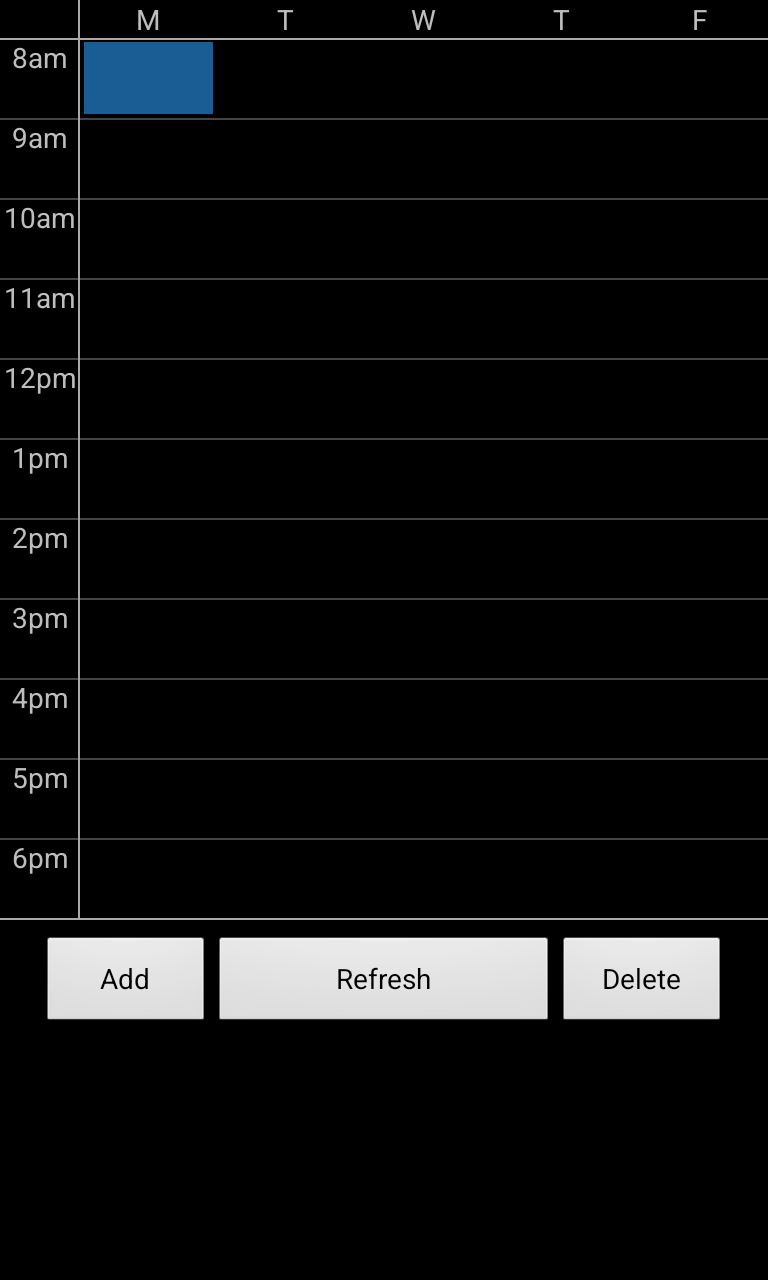
Repository: appsfactory/OfficeHours
Layout: OfficeHoursClient/res/layout/activity_schedule_view.xml
The author's editor kept a copy of each file at every save. The layout is drawn from the files as they stood at one save, then again after a run of saves.
It is drawn on a 768 x 1280 px phone screen (xhdpi) without system bars, with theme AppTheme; the app's code is not run.

Above is the layout before, as saved 2012-09-27 17:56:11.

### OfficeHoursClient/res/layout/activity_schedule_view.xml
<?xml version="1.0" encoding="utf-8"?>
<LinearLayout xmlns:android="http://schemas.android.com/apk/res/android"
    android:layout_width="fill_parent"
    android:layout_height="wrap_content"
    android:orientation="vertical" >


    <RelativeLayout
        android:id="@+id/relativeLayout1"
        android:layout_width="match_parent"
        android:layout_height="wrap_content" >

        <TextView android:background="#aaa" android:layout_width = "1dp" android:layout_height="wrap_content" android:layout_marginTop="0dp" android:layout_marginLeft="39dp" android:text=" "/>

		<!-- HEADERS -->
        <LinearLayout
            android:id="@+id/linearLayout1"
            android:layout_width="wrap_content"
            android:layout_height="wrap_content"
            android:layout_alignParentLeft="true"
            android:layout_alignParentRight="true"
            android:layout_alignParentTop="true" >

            <TextView
                android:id="@+id/mon_header"
                android:layout_width="0dp"
                android:layout_height="wrap_content"
                android:layout_marginLeft="40dp"
                android:layout_weight="2"
                android:gravity="center"
                android:text="M" />

            <TextView
                android:id="@+id/tue_header"
                android:layout_width="0dp"
                android:layout_height="wrap_content"
                android:layout_weight="2"
                android:gravity="center"
                android:text="T" />

            <TextView
                android:id="@+id/wed_header"
                android:layout_width="0dp"
                android:layout_height="wrap_content"
                android:layout_weight="2"
                android:gravity="center"
                android:text="W" />

            <TextView
                android:id="@+id/thu_header"
                android:layout_width="0dp"
                android:layout_height="wrap_content"
                android:layout_weight="2"
                android:gravity="center"
                android:text="T" />

            <TextView
                android:id="@+id/fri_header"
                android:layout_width="0dp"
                android:layout_height="wrap_content"
                android:layout_weight="2"
                android:gravity="center"
                android:text="F" />
        </LinearLayout>
    </RelativeLayout>

    <ScrollView
        android:id="@+id/scrollView1"
        android:layout_width="match_parent"
        android:layout_height="wrap_content"
        android:padding="0dp"
        android:scrollbars="none" >"

		<!--  GRID/BORDERS -->
        <RelativeLayout
            android:id="@+id/relativeLayout242"
            android:layout_width="match_parent"
            android:layout_height="wrap_content"
            android:padding="0dp" >



            <View android:background="#aaa" android:layout_width = "fill_parent" android:layout_height="1dp" android:layout_marginTop="0dp" />
            <View android:background="#444" android:layout_width = "fill_parent" android:layout_height="1dp" android:layout_marginTop="40dp"/>
            <View android:background="#444" android:layout_width = "fill_parent" android:layout_height="1dp" android:layout_marginTop="80dp"/>
            <View android:background="#444" android:layout_width = "fill_parent" android:layout_height="1dp" android:layout_marginTop="120dp"/>
            <View android:background="#444" android:layout_width = "fill_parent" android:layout_height="1dp" android:layout_marginTop="160dp"/>
            <View android:background="#444" android:layout_width = "fill_parent" android:layout_height="1dp" android:layout_marginTop="200dp"/>
            <View android:background="#444" android:layout_width = "fill_parent" android:layout_height="1dp" android:layout_marginTop="240dp"/>
            <View android:background="#444" android:layout_width = "fill_parent" android:layout_height="1dp" android:layout_marginTop="280dp"/>
            <View android:background="#444" android:layout_width = "fill_parent" android:layout_height="1dp" android:layout_marginTop="320dp"/>
            <View android:background="#444" android:layout_width = "fill_parent" android:layout_height="1dp" android:layout_marginTop="360dp"/>
            <View android:background="#444" android:layout_width = "fill_parent" android:layout_height="1dp" android:layout_marginTop="400dp"/>
            <View android:background="#aaa" android:layout_width = "fill_parent" android:layout_height="1dp" android:layout_marginTop="440dp"/>
            <View android:background="#aaa" android:layout_width = "1dp" android:layout_height="441dp" android:layout_marginTop="0dp" android:layout_marginLeft="39dp"/>

<!--
            <View android:background="#777" android:layout_width = "fill_parent" android:layout_height="1dp" android:layout_marginTop="20dp"/>
            <View android:background="#777" android:layout_width = "fill_parent" android:layout_height="1dp" android:layout_marginTop="60dp"/>
            <View android:background="#777" android:layout_width = "fill_parent" android:layout_height="1dp" android:layout_marginTop="100dp"/>
            <View android:background="#777" android:layout_width = "fill_parent" android:layout_height="1dp" android:layout_marginTop="140dp"/>
            <View android:background="#777" android:layout_width = "fill_parent" android:layout_height="1dp" android:layout_marginTop="180dp"/>
            <View android:background="#777" android:layout_width = "fill_parent" android:layout_height="1dp" android:layout_marginTop="220dp"/>
            <View android:background="#777" android:layout_width = "fill_parent" android:layout_height="1dp" android:layout_marginTop="260dp"/>
            <View android:background="#777" android:layout_width = "fill_parent" android:layout_height="1dp" android:layout_marginTop="300dp"/>
            <View android:background="#777" android:layout_width = "fill_parent" android:layout_height="1dp" android:layout_marginTop="340dp"/>
            <View android:background="#777" android:layout_width = "fill_parent" android:layout_height="1dp" android:layout_marginTop="380dp"/>
            <View android:background="#777" android:layout_width = "fill_parent" android:layout_height="1dp" android:layout_marginTop="420dp"/> -->


            <LinearLayout
                android:id="@+id/linearLayout2"
                android:layout_width="match_parent"
                android:layout_height="wrap_content"
                android:padding="0dp" >

                <!-- SIDEBAR -->

                <RelativeLayout
                    android:id="@+id/sidebar"
                    android:layout_width="37dp"
                    android:layout_height="wrap_content"
                    android:layout_marginLeft="1.5dp"
                    android:layout_marginRight="1.5dp"
                    android:padding="0dp" >

                    <TextView
                        android:id="@+id/textView10"
                        android:layout_width="match_parent"
                        android:layout_height="wrap_content"
                        android:layout_marginTop="0dp"
                        android:gravity="center"
                        android:text="8am" />

                    <TextView
                        android:id="@+id/textView10"
                        android:layout_width="match_parent"
                        android:layout_height="wrap_content"
                        android:layout_marginTop="40dp"
                        android:gravity="center"
                        android:text="9am" />

                    <TextView
                        android:id="@+id/textView10"
                        android:layout_width="match_parent"
                        android:layout_height="wrap_content"
                        android:layout_marginTop="80dp"
                        android:gravity="center"
                        android:text="10am" />

                    <TextView
                        android:id="@+id/textView10"
                        android:layout_width="match_parent"
                        android:layout_height="wrap_content"
                        android:layout_marginTop="120dp"
                        android:gravity="center"
                        android:text="11am" />

                    <TextView
                        android:id="@+id/textView10"
                        android:layout_width="match_parent"
                        android:layout_height="wrap_content"
                        android:layout_marginTop="160dp"
                        android:gravity="center"
                        android:text="12pm" />

                    <TextView
                        android:id="@+id/textView10"
                        android:layout_width="match_parent"
                        android:layout_height="wrap_content"
                        android:layout_marginTop="200dp"
                        android:gravity="center"
                        android:text="1pm" />

                    <TextView
                        android:id="@+id/textView10"
                        android:layout_width="match_parent"
                        android:layout_height="wrap_content"
                        android:layout_marginTop="240dp"
                        android:gravity="center"
                        android:text="2pm" />

                    <TextView
                        android:id="@+id/textView10"
                        android:layout_width="match_parent"
                        android:layout_height="wrap_content"
                        android:layout_marginTop="280dp"
                        android:gravity="center"
                        android:text="3pm" />

                    <TextView
                        android:id="@+id/textView10"
                        android:layout_width="match_parent"
                        android:layout_height="wrap_content"
                        android:layout_marginTop="320dp"
                        android:gravity="center"
                        android:text="4pm" />

                    <TextView
                        android:id="@+id/textView10"
                        android:layout_width="match_parent"
                        android:layout_height="wrap_content"
                        android:layout_marginTop="360dp"
                        android:gravity="center"
                        android:text="5pm" />

                    <TextView
                        android:id="@+id/textView10"
                        android:layout_width="match_parent"
                        android:layout_height="wrap_content"
                        android:layout_marginTop="400dp"
                        android:gravity="center"
                        android:text="6pm" />
                </RelativeLayout>

                <RelativeLayout
                    android:id="@+id/relativeLayout3"
                    android:layout_width="0dp"
                    android:layout_height="match_parent"
                    android:layout_weight="14"
                    android:padding="0dp" >

                    <LinearLayout
                        android:id="@+id/linearLayout3"
                        android:layout_width="match_parent"
                        android:layout_height="wrap_content"
                        android:layout_alignParentLeft="true"
                        android:layout_alignParentRight="true"
                        android:layout_alignParentTop="true"
                        android:padding="0dp" >


                        <!-- COLUMNS -->
                        <RelativeLayout
                            android:id="@+id/moncolumn"
                            android:layout_width="0dp"
                            android:layout_height="match_parent"
                            android:layout_weight="1" >

							<View android:background="#195D94" android:layout_width = "fill_parent" android:layout_height="36dp" android:layout_margin="2dp"/>

                        </RelativeLayout>

                        <RelativeLayout
                            android:id="@+id/tuecolumn"
                            android:layout_width="0dp"
                            android:layout_height="match_parent"
                            android:layout_weight="1" >

                        </RelativeLayout>

                        <RelativeLayout
                            android:id="@+id/wedcolumn"
                            android:layout_width="0dp"
                            android:layout_height="match_parent"
                            android:layout_weight="1" >

                        </RelativeLayout>

                        <RelativeLayout
                            android:id="@+id/thucolumn"
                            android:layout_width="0dp"
                            android:layout_height="match_parent"
                            android:layout_weight="1" >

                        </RelativeLayout>

                        <RelativeLayout
                            android:id="@+id/fricolumn"
                            android:layout_width="0dp"
                            android:layout_height="match_parent"
                            android:layout_weight="1" >

                            <Button
                                android:id="@+id/button1"
                                android:layout_width="fill_parent"
                                android:layout_height="180dp"
                                android:layout_marginTop="480dp"
                                android:text="Some Event" />

                        </RelativeLayout>

                    </LinearLayout>
                </RelativeLayout>
            </LinearLayout>
        </RelativeLayout>
    </ScrollView>

    <LinearLayout
        android:id="@+id/footer"
        android:layout_width="match_parent"
        android:layout_height="wrap_content"
        android:padding="0dp"
        android:layout_marginTop="7.5dp"
        android:layout_marginLeft="20dp"
        android:layout_marginRight="20dp" >

        <Button
            android:id="@+id/addbutton"
            android:layout_width="0dp"
            android:layout_height="fill_parent"
            android:layout_weight="1"
            android:text="Add" />
        <Button
            android:id="@+id/addbutton"
            android:layout_width="0dp"
            android:layout_height="fill_parent"
            android:layout_weight="2"
            android:text="Refresh" />
        <Button
            android:id="@+id/addbutton"
            android:layout_width="0dp"
            android:layout_height="fill_parent"
            android:layout_weight="1"
            android:text="Delete" />

    </LinearLayout>

</LinearLayout>

### OfficeHoursClient/res/values/styles.xml
<resources>

    <style name="AppTheme" parent="android:Theme.Black.NoTitleBar" />

</resources>

After the next 2 saves:
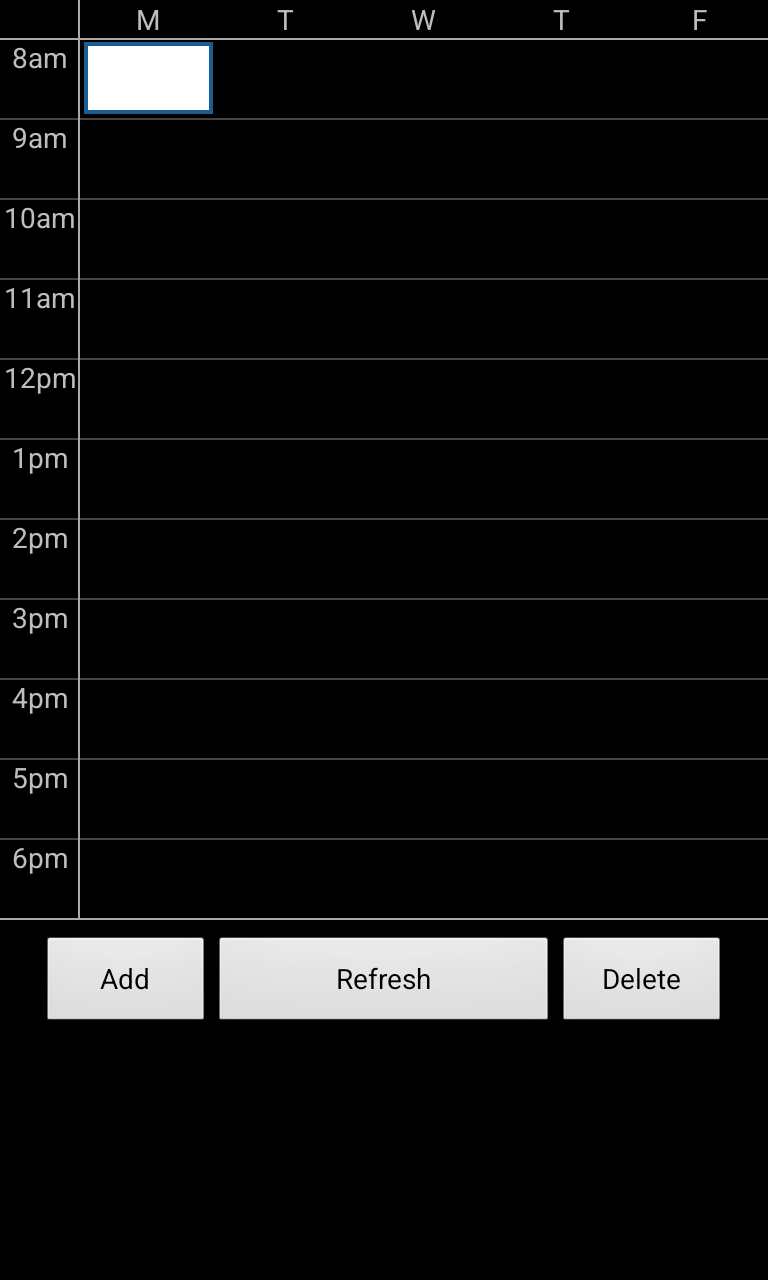
The 2 saves are shown as one change because 1 did not build or start.
The last was saved 2 min 35 s later.
--- a/OfficeHoursClient/res/layout/activity_schedule_view.xml
+++ b/OfficeHoursClient/res/layout/activity_schedule_view.xml
@@ -237,7 +237,8 @@
                             android:layout_height="match_parent"
                             android:layout_weight="1" >
 
-							<View android:background="#195D94" android:layout_width = "fill_parent" android:layout_height="36dp" android:layout_margin="2dp"/>
+							<View android:background="#195D94" android:layout_width = "fill_parent" android:layout_height="36dp" android:layout_margin="2dp" />
+							<View android:background="#FFFFFF" android:layout_width = "fill_parent" android:layout_height="32dp" android:layout_margin="4dp" />
 
                         </RelativeLayout>
 
